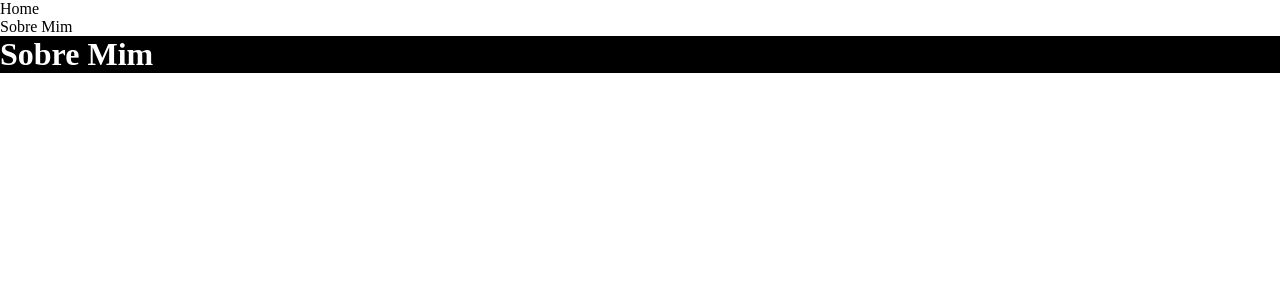
Repository: gimoli/projeto-portifolio
Page: index.html
The author's editor kept a copy of each file at every save. The page is drawn from the files as they stood at one save, then again after a run of saves.
The browser window is 1280 px wide. The pictures show the whole page.

Above is the page before, as saved 2025-04-23 11:33:56.

### index.html
<!DOCTYPE html>
<html lang="pt-br">
<head>
    <meta charset="UTF-8">
    <meta name="viewport" content="width=device-width, initial-scale=1.0">
    <title>Document</title>
    <link rel="stylesheet" href="style.css">
</head>

<body>
    <header>
        <ul>
            <li>Home</li>
            <li>Sobre Mim</li>
        </ul>
    </header>
    <main>
        <h1>Sobre Mim</h1>
    </main>
</body>
</html>

### style.css
*{
    margin: 0;
    padding: 0;
    box-sizing: border-box
    ;
}

main{
    font-size: 25px;
    background-color: black;
    color: white
}

h1{
    font-size: 32px;
    font-weight: ;
}

After the next 4 saves:
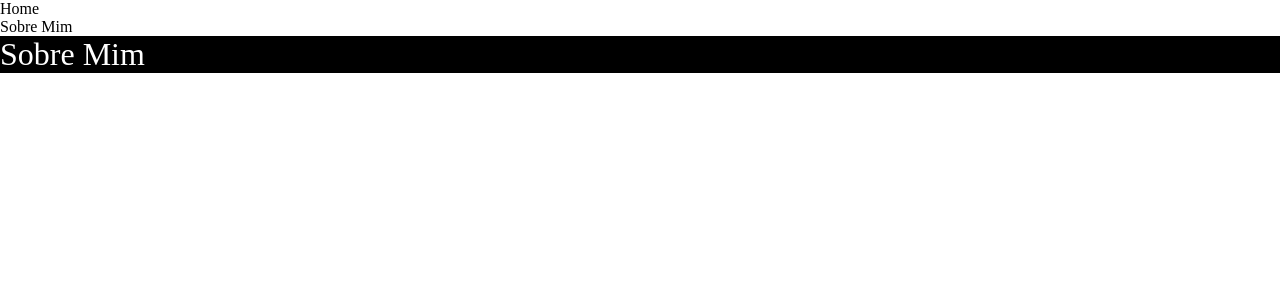
The 4 saves are shown as one change because they came seconds apart.
The last was saved 11 s later.
--- a/style.css
+++ b/style.css
@@ -13,5 +13,6 @@
 
 h1{
     font-size: 32px;
-    font-weight: ;
+    font-weight: lighter;
+    color: white;
 }
